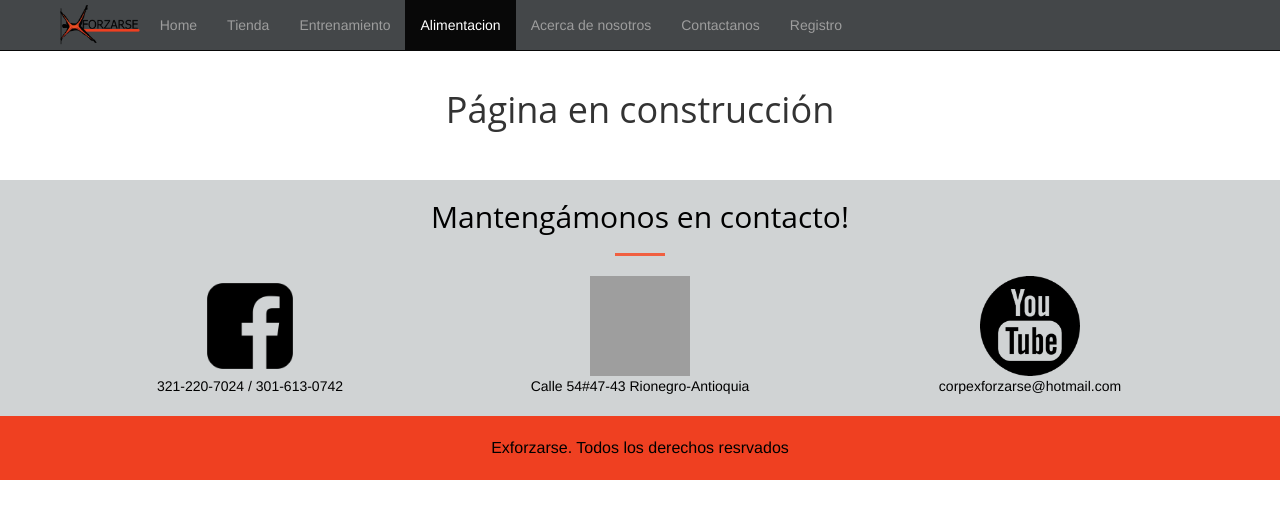
Repository: mahc36/exforzarse
Page: Exforzarse/WebContent/paginas/dietas.html
These files come from the project's save history. The page is drawn as it stood at one moment and after the next save; the edit follows.
The browser window is 1280 px wide. The pictures show the whole page.
Pictures or frames that could not be fetched are drawn as grey boxes. Some web libraries are served in a nearby version.

Above is the page before, as saved 2017-08-19 16:24:34.

### Exforzarse/WebContent/paginas/dietas.html
<!DOCTYPE html>
<html lang="en">

<head>
    <meta charset="utf-8">
    <meta http-equiv="X-UA-Compatible" content="IE=edge">
    <meta name="viewport" content="width=device-width, initial-scale=1">
    <!-- The above 3 meta tags *must* come first in the head; any other head content must come *after* these tags -->
    <title>Exforzarse</title>

    <!-- Bootstrap -->
    <link href="../css/bootstrap.min.css" rel="stylesheet">
    <link href="../css/estilos.css" rel="stylesheet">
    <link rel="stylesheet" href="../css/creative.min.css">
    <link rel="icon" type="image/png" sizes="16x16" href="../img/favicon.ico">

    <!-- Carousel -->
    <meta name="viewport" content="initial-scale=1.0">
    <meta charset="utf-8">
    <script src="https://ajax.googleapis.com/ajax/libs/jquery/2.1.3/jquery.min.js"></script>
    <!-- Latest compiled and minified CSS -->



</head>

<body>
    <nav class="navbar navbar-inverse navbar-fixed-top">
        <div class="container">
            <div class="navbar-header">
                <div class="navbar-brand">
                    <img src="../img/logoclubexforzarse.png" alt="logo club">
                </div>
                <button type="button" class="navbar-toggle collapsed" data-toggle="collapse" data-target="#navbar" aria-expanded="false" aria-controls="navbar">
                    <span class="sr-only">Toggle navigation</span>
                    <span class="icon-bar"></span>
                    <span class="icon-bar"></span>
                    <span class="icon-bar"></span>
                </button>
            </div>
            <div id="navbar" class="collapse navbar-collapse">
                <ul class="nav navbar-nav">
                    <li><a href="../index.html">Home</a></li>
                    <li><a href="tienda.html">Tienda</a></li>
                    <li><a href="entrenamiento.html">Entrenamiento</a></li>
                    <li class="active"><a href="#">Alimentacion</a></li>
                    <li><a href="acercaDeNosotros.html">Acerca de nosotros</a></li>
                    <li><a href="contacto.html">Contactanos</a></li>
                    <li><a href="registro.html">Registro</a></li>
                </ul>
            </div>
            <!--/.nav-collapse -->
        </div>
    </nav>

    <div>
	    <h1 class="text-center">Página en construcción</h1>
    </div>

    <br><br>
    <footer style="background-color: #D0D3D4;">
    <br>
        <div class="container">
            <div class="row">
            <div class="col-lg-8 col-lg-offset-2 text-center">
                <h2 class="section-heading"><font color="black">Mantengámonos en contacto!</font></h2>
                <hr class="primary">
            </div>
            <div class="col-lg-4 text-center">
                <a href="https://www.facebook.com/EXFORZARSE/" target="_blank"><img src="../img/darkFacebook.png" width="100" height="100"></a>
            </div>
            <div class="col-lg-4 text-center">
                <a href="https://www.instagram.com/exforzarse/" target="_blank"><img src="../img/darkInstagram3.png" width="100" height="100"></a>
            </div>
            <div class="col-lg-4 text-center">
                <a href="https://www.youtube.com/watch?v=VkQL8aGcTsE" target="_blank"><img src="../img/darkyoutube4.png" width="100" height="100"></a>
            </div>
            <div class="col-lg-4 text-center">
                <i class="fa fa-phone fa-3x sr-contact"></i>
                <span><font color="black">321-220-7024 / 301-613-0742</font></span>
            </div>
            <div class="col-lg-4 text-center">
                <i class="fa fa-road fa-3x sr-contact"></i>
                <span><font color="black">Calle 54#47-43 Rionegro-Antioquia</font></span>
            </div>
            <div class="col-lg-4 text-center">
                <i class="fa fa-envelope-o fa-3x sr-contact"></i>
                <span><font color="black">corpexforzarse@hotmail.com</font></span>
            </div>
        </div>
        <br>
        </div>
        <div style="background-color: #ef4021;">
	        <div class="container">
	        	<br>
	            <p class="text-muted" ALIGN=center><font color="black">Exforzarse. Todos los derechos resrvados</font></p>
	        </div>
    	</div>
    </footer>

    <!-- jQuery (necessary for Bootstrap's JavaScript plugins) -->
    <script src="https://ajax.googleapis.com/ajax/libs/jquery/1.12.4/jquery.min.js"></script>
    <!-- Include all compiled plugins (below), or include individual files as needed -->
    <script src="https://maxcdn.bootstrapcdn.com/bootstrap/3.3.7/js/bootstrap.min.js" integrity="sha384-Tc5IQib027qvyjSMfHjOMaLkfuWVxZxUPnCJA7l2mCWNIpG9mGCD8wGNIcPD7Txa" crossorigin="anonymous"></script>
</body>

</html>

### Exforzarse/WebContent/css/estilos.css
body {
    padding-top: 70px;
    position: relative;
    overflow-x: hidden;
}

.navbar-brand {
    padding: 0px;
}

.navbar-brand>img {
    height: 100%;
    padding: 5px;
    width: auto;
}

.navbar-inverse {
    background-color: #444749;
    border-color: #080808;
}

.containerpie {
    background-color: #EF4021;
}

.carousel {
    height: 500px;
    max-height: 500px;
    overflow: hidden;
}

.item img {
    width: 100%;
    height: auto;
}

.video {
    position: relative;
    height: 0;
    padding-bottom: 56.25%;
    margin-bottom: 80px;
}

video {
    position: absolute;
    min-width: 100%;
    min-height: 100%;
    top: 50%;
    left: 50%;
    transform: translateX(-50%) translateY(-50%);
    z-index: -1;
}

iframe {
    position: absolute;
    width: 100%;
    height: 100%;
    left: 0;
}

.rutinasmenu {
    margin: 0 0 0 2%;
    float: left;
    width: 20%;
}

.rutinasmenu>p {
    font-weight: bold;
    font-size: 25px;
}

.list-group-item:hover {
    font-size: 120%;
    background-image: -webkit-linear-gradient(top, #DF7401 0%, #FE9A2E 100%);
}

.navbar-inverse .navbar-nav>.active>a:hover {
    background-color: chocolate;
    color: black;
}

.navbar-inverse .navbar-nav>li>a:hover {
    background-color: chocolate;
    color: black;
}

.nav-tabs>li>a {
    font-weight: bold;
}

.nav-tabs>li>a:hover {
    background-color: chocolate;
    color: black;
    font-size: 120%;
}

a {
    color: black;
}

.footer {
    position: absolute;
    bottom: 0;
    width: 100%;
    height: 60px;
    background-color: #f5f5f5;
}

section#contact {
    background-color: white;
    background-image: url(../img/DSC_0414.JPG);
    background-size: cover;
    background-position: center;
    background-repeat: no-repeat;
}

section {
    padding: 73px 0px;
}

section#contact .section-heading {
    color: black;
}

section#contact .form-group {
    margin-bottom: 25px;
}

section#contact .form-group input,
section#contact .form-group textarea {
    padding: 20px;
}

section#contact .form-group input.form-control {
    height: auto;
}

section#contact .form-group textarea.form-control {
    height: 236px;
}

section#contact .form-control:focus {
    border-color: #fed136;
    box-shadow: none;
}

section#contact ::-webkit-input-placeholder {
    font-family: "Montserrat", "Helvetica Neue", Helvetica, Arial, sans-serif;
    text-transform: uppercase;
    font-weight: 700;
    color: darkgray;
}

.gellary_bg_none img {
    width: 100%;
    height: 250px;
}

section#contact :-moz-placeholder {
    /* Firefox 18- */
    font-family: "Montserrat", "Helvetica Neue", Helvetica, Arial, sans-serif;
    text-transform: uppercase;
    font-weight: 700;
    color: darkgray;
}

section#contact ::-moz-placeholder {
    /* Firefox 19+ */
    font-family: "Montserrat", "Helvetica Neue", Helvetica, Arial, sans-serif;
    text-transform: uppercase;
    font-weight: 700;
    color: #eeeeee;
}

section#contact :-ms-input-placeholder {
    font-family: "Montserrat", "Helvetica Neue", Helvetica, Arial, sans-serif;
    text-transform: uppercase;
    font-weight: 700;
    color: darkgray;
}

section#contact .text-danger {
    color: #e74c3c;
}

.about_our_company {
    text-align: center;
    margin-bottom: 20px;
    font-weight: bold;
}

.about_our_company h1 {
    text-align: center;
    margin-bottom: 50px;
    font-weight: bold;
    font-size: 50px;
    color: chocolate;
    text-shadow: 1px 1px 3px #323232;
}

.titleline-icon {
    position: relative;
    max-width: 100px;
    border-top: 4px double #F99700;
    margin: 20px auto 20px;
}

.titleline-icon:after {
    position: absolute;
    top: -11px;
    left: 0;
    right: 0;
    margin: auto;
    font-family: 'FontAwesome';
    content: "\f141";
    font-size: 20px;
    line-height: 1;
    color: #F99700;
    text-align: center;
    vertical-align: middle;
    width: 40px;
    height: 20px;
    background: #ffffff;
}

.btn {}

.get {
    background-color: chocolate;
}

Loaded but not shown: Exforzarse/WebContent/css/bootstrap.min.css (library); Exforzarse/WebContent/css/creative.min.css (library)

After the next save:
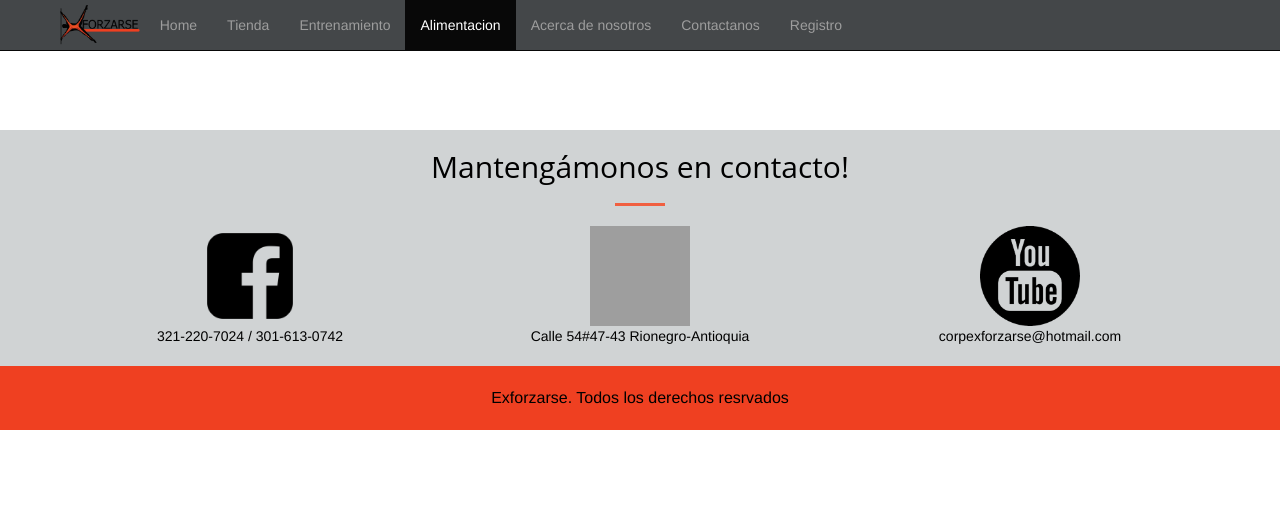
Saved 51 s later.
--- a/Exforzarse/WebContent/paginas/dietas.html
+++ b/Exforzarse/WebContent/paginas/dietas.html
@@ -54,7 +54,7 @@
     </nav>
 
     <div>
-	    <h1 class="text-center">Página en construcción</h1>
+    	<h1 class="text-center>Página en construcción"></h1>
     </div>
 
     <br><br>
